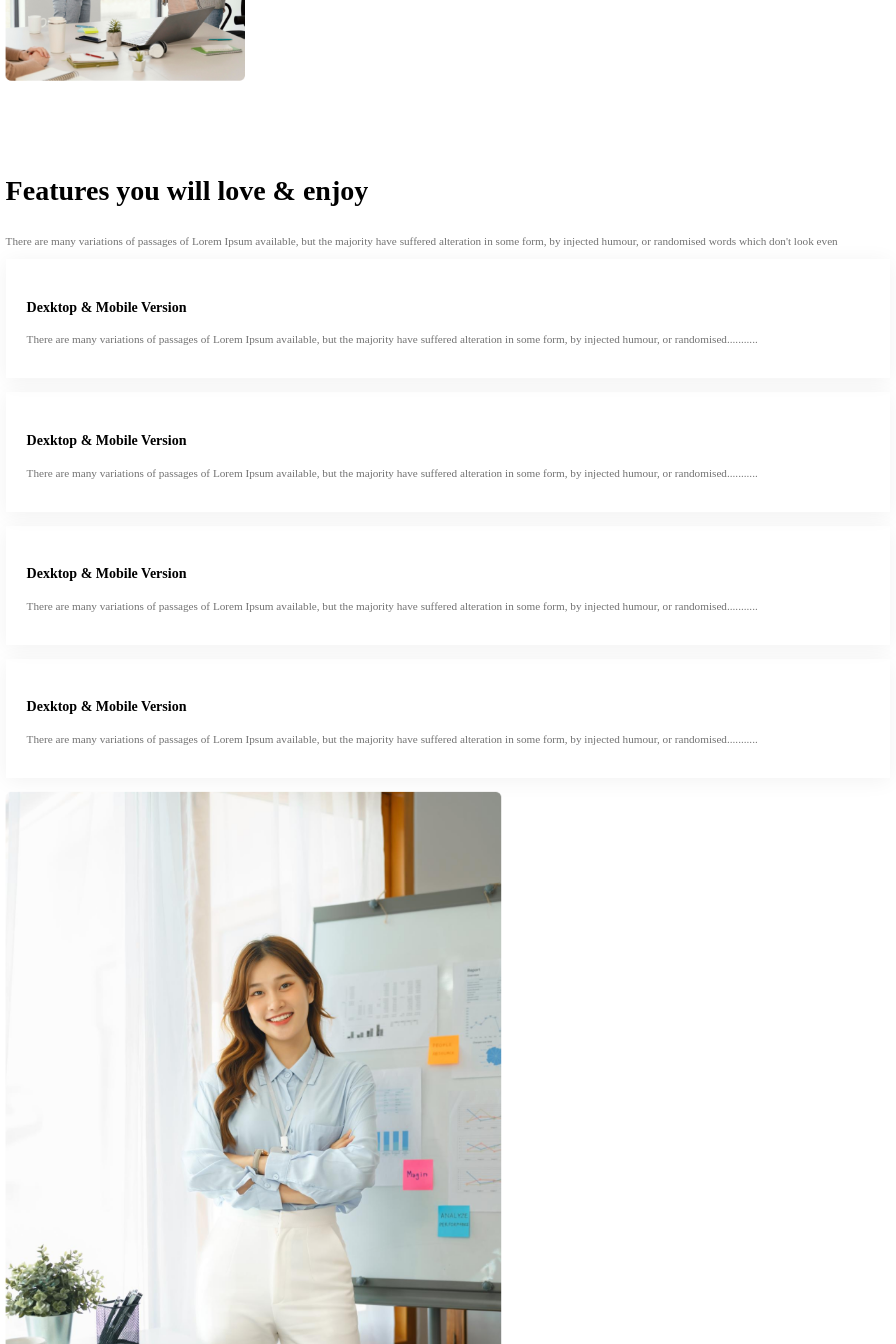
Repository: tanimtanzilislam/g3-architect-website
Page: index.html
The author's editor kept a copy of each file at every save. The page is drawn from the files as they stood at one save, then again after the next save.
The browser window is 1280 px wide. The pictures show the part of the page from y = 2565 to 4485 px (the page is 6347 px tall before and 5581 px after), at 70% of full size.

Above is the page before, as saved 2026-02-06 22:33:57.

After the next save:
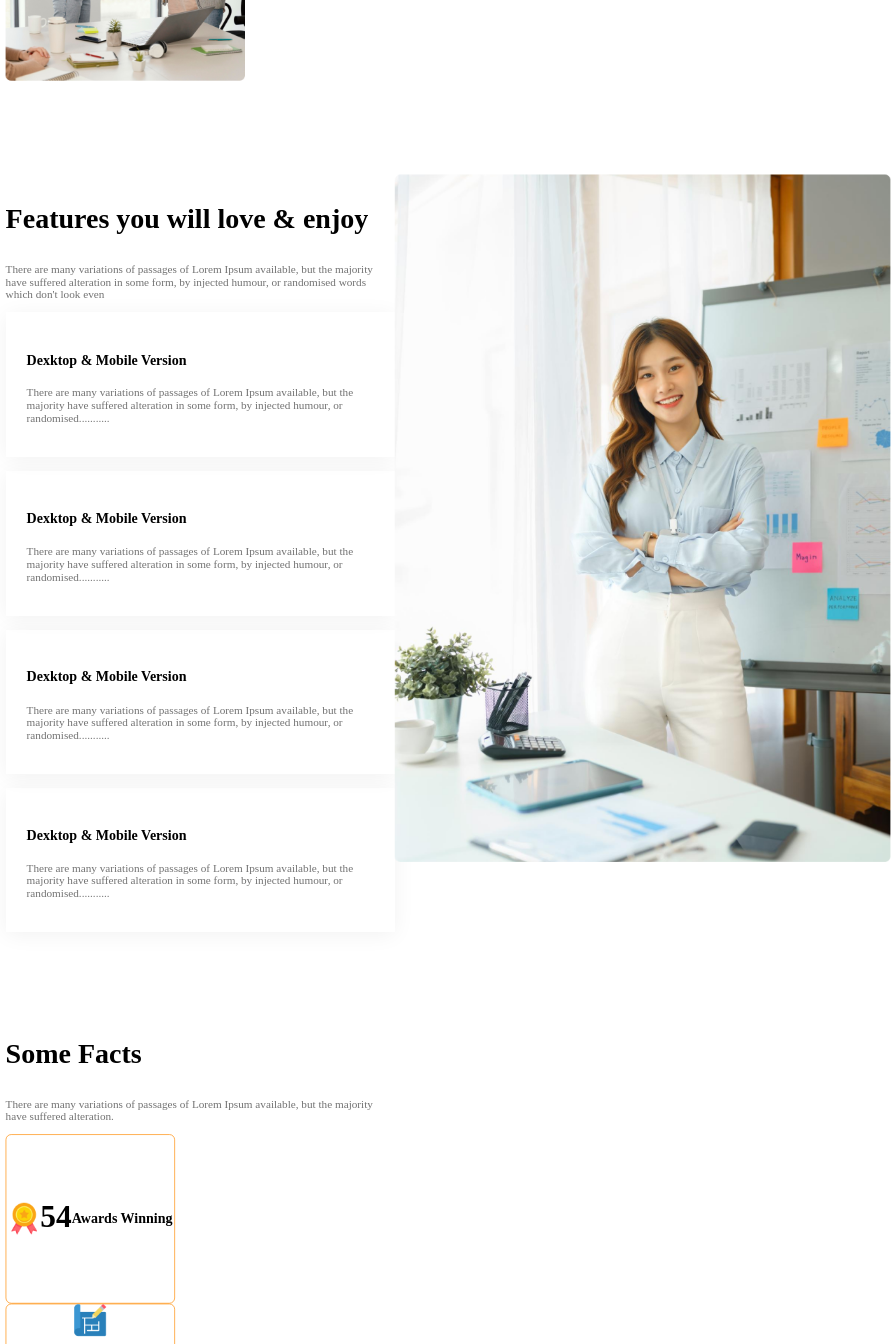
Saved 60 s later.
--- a/index.html
+++ b/index.html
@@ -59,7 +59,7 @@
         </section>
 
         <!-- featue section started -->
-         <section class="features">
+         <section class="features display-flex">
             <div>
            <h3 id="feature-section-title" class="section-title">Features you will love & enjoy</h3>
            <p class="text-light-gray">There are many variations of passages of Lorem Ipsum available, but the majority have suffered alteration in some form, by injected humour, or randomised words which don't look even</p>
